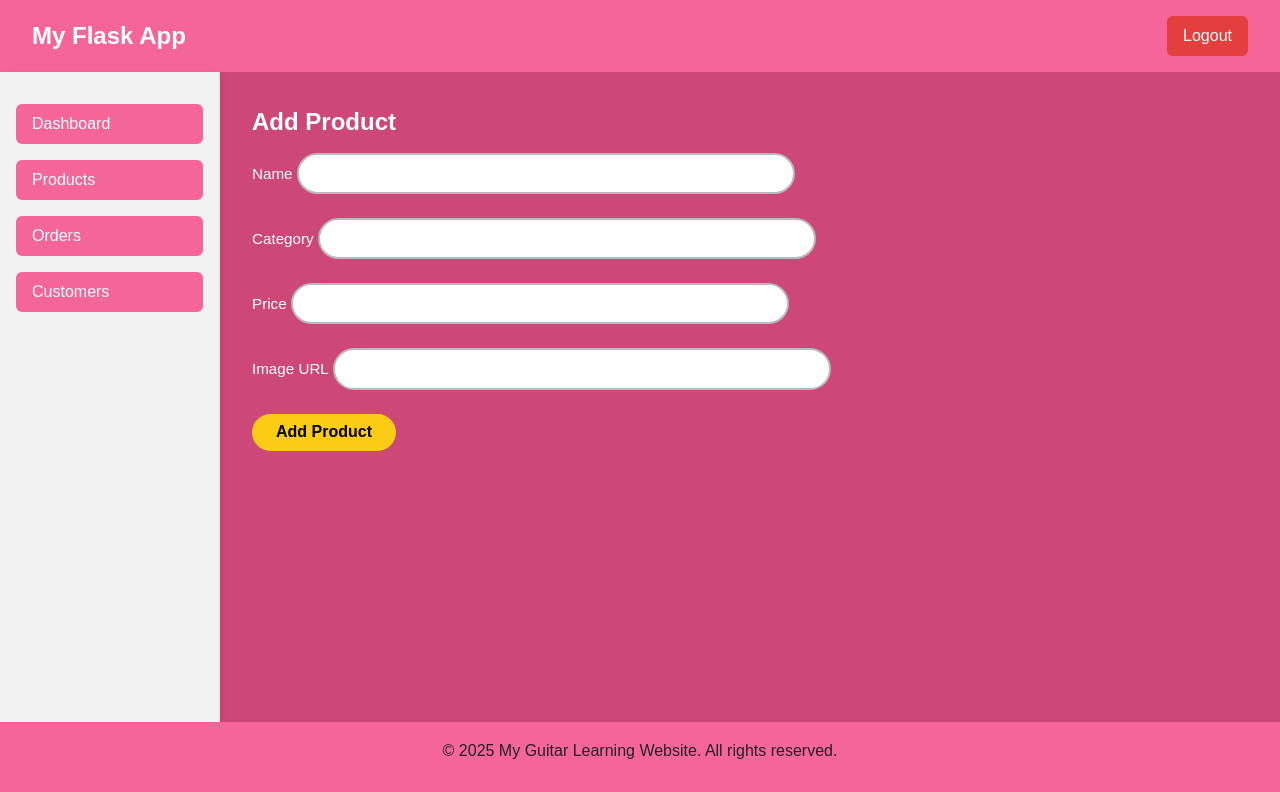
Repository: rywkoo/LearnGuitar
Page: templates/admin/addproduct.html
These files come from the project's save history. The page is drawn as it stood at one moment and after the next save; the edit follows.
The browser window is 1280 px wide. The pictures show the whole page.
The page is served by the project's application, run on Flask 3 (app.py). The template is opened directly, without the code that normally fills it, so the values that code supplies are empty.

Above is the page before, as saved 2025-08-25 20:37:16.

After the next save:
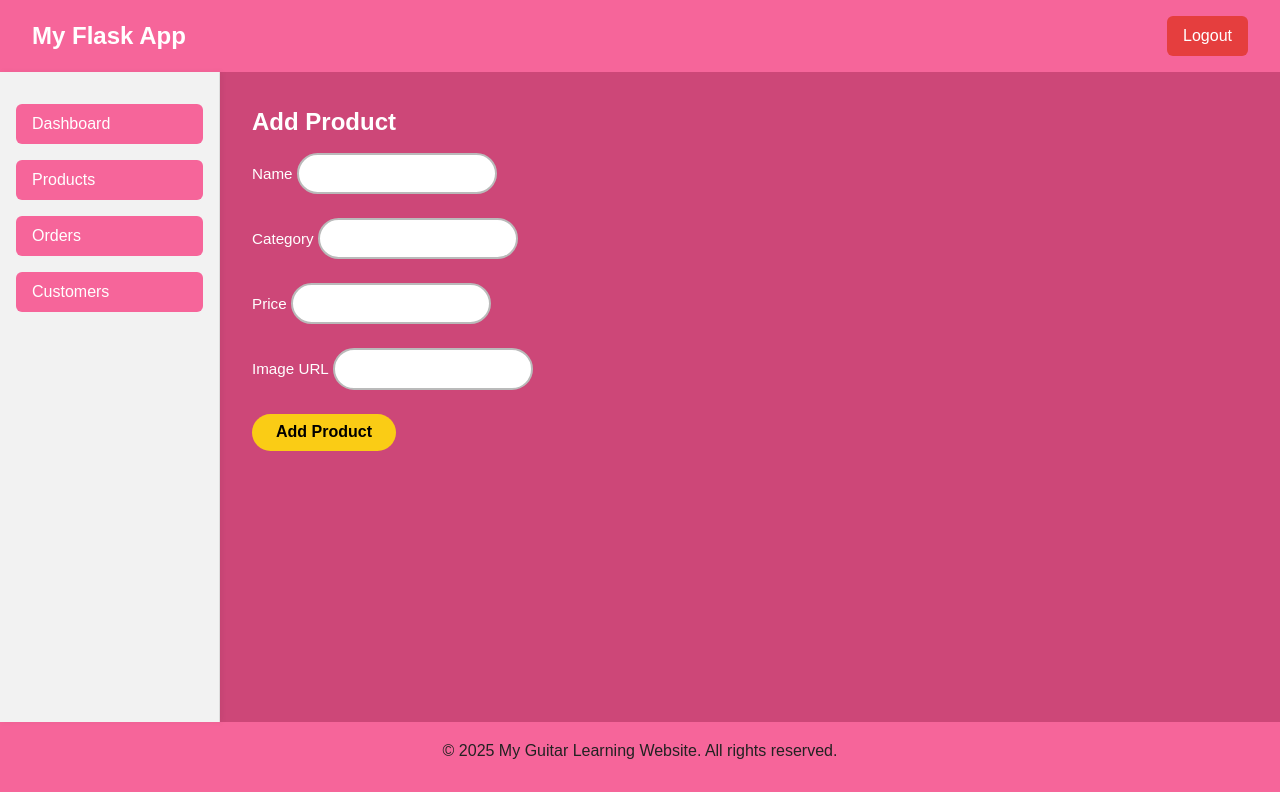
Saved 29 s later.
--- a/templates/admin/addproduct.html
+++ b/templates/admin/addproduct.html
@@ -3,7 +3,7 @@
 {% block main_content %}
 
 
-<div  class="container mt-2">
+<div  style="width: 400px;">
     <h2 style="color: white;">Add Product</h2>
     <form method="POST">
         <div class="mb-3">
